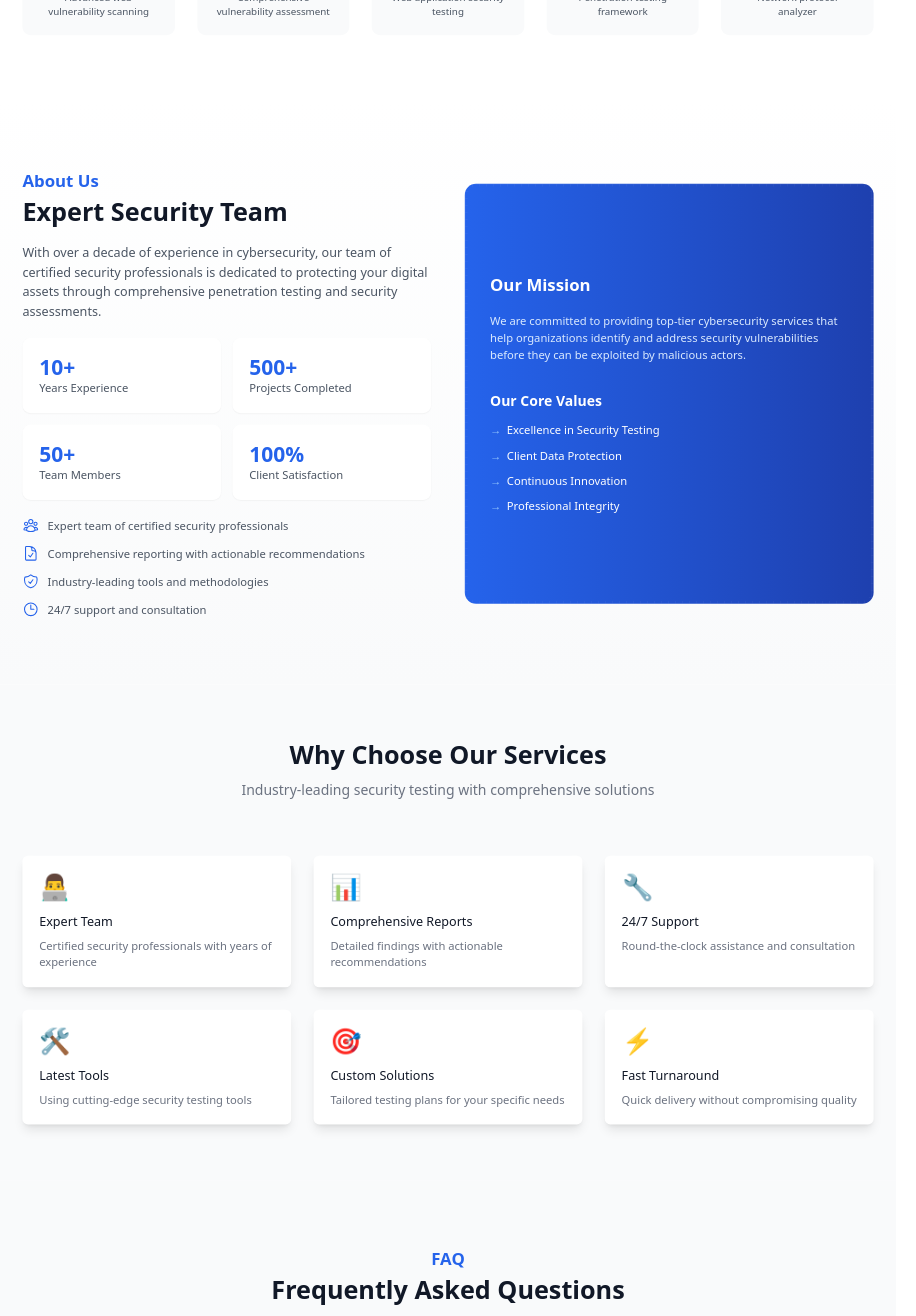
Repository: ZSayless/Penetration-test
Page: /
The author's editor kept a copy of each file at every save. The page is drawn from the files as they stood at one save, then again after the next save.
The browser window is 1280 px wide. The page is 1308 px wide, so the pictures cover 1308 px, including what lies to the right of the window. The pictures show the part of the page from y = 3898 to 5778 px (the page is 7997 px tall before and 8113 px after), at 70% of full size.
The project was rebuilt for these pictures with package versions that can differ from the ones it lists, and the page was loaded fresh each time. The framework's server and built-in components were replaced by stand-ins that run in the browser. Also part of the build but not shown: next.config.js.

Above is the page before, as saved 2024-12-04 15:17:07.

After the next save:
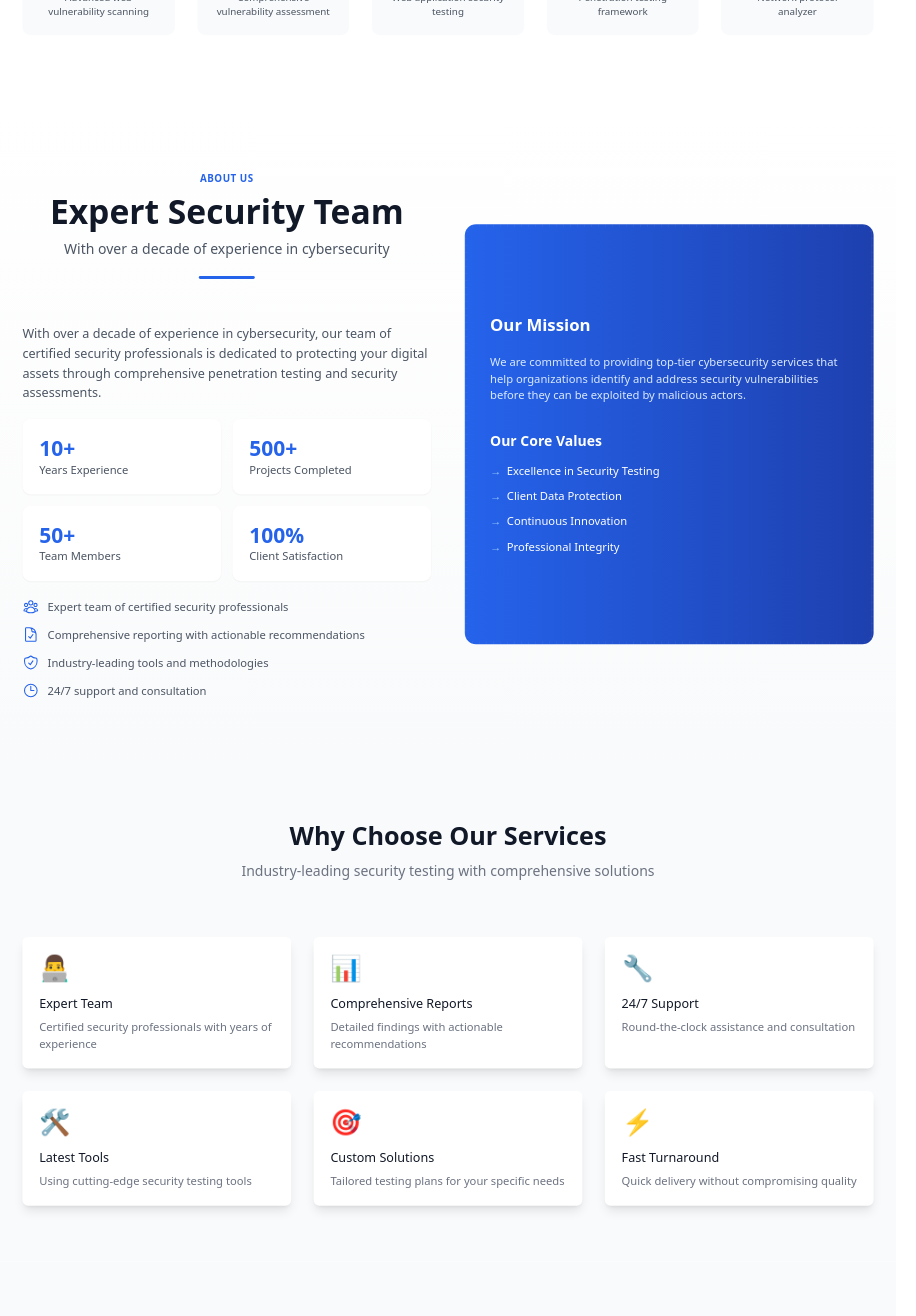
Saved 4 s later.
--- a/src/components/sections/About.tsx
+++ b/src/components/sections/About.tsx
@@ -45,9 +45,19 @@ export default function About() {
             viewport={{ once: true }}
             className="space-y-6"
           >
-            <div>
-              <h2 className="text-2xl font-semibold text-blue-600">About Us</h2>
-              <h3 className="mt-2 text-4xl font-bold text-gray-900">Expert Security Team</h3>
+            <div className="text-center mb-16">
+              <span className="text-blue-600 font-semibold text-sm uppercase tracking-wider">About Us</span>
+              <h2 className="mt-3 text-4xl md:text-5xl font-bold text-gray-900 leading-tight">
+                Expert Security Team
+              </h2>
+              <div className="mt-4 max-w-3xl mx-auto">
+                <p className="text-xl text-gray-600">
+                  With over a decade of experience in cybersecurity
+                </p>
+              </div>
+              <div className="mt-6 flex justify-center">
+                <div className="h-1 w-20 bg-blue-600 rounded-full"></div>
+              </div>
             </div>
 
             <p className="text-lg text-gray-600">
